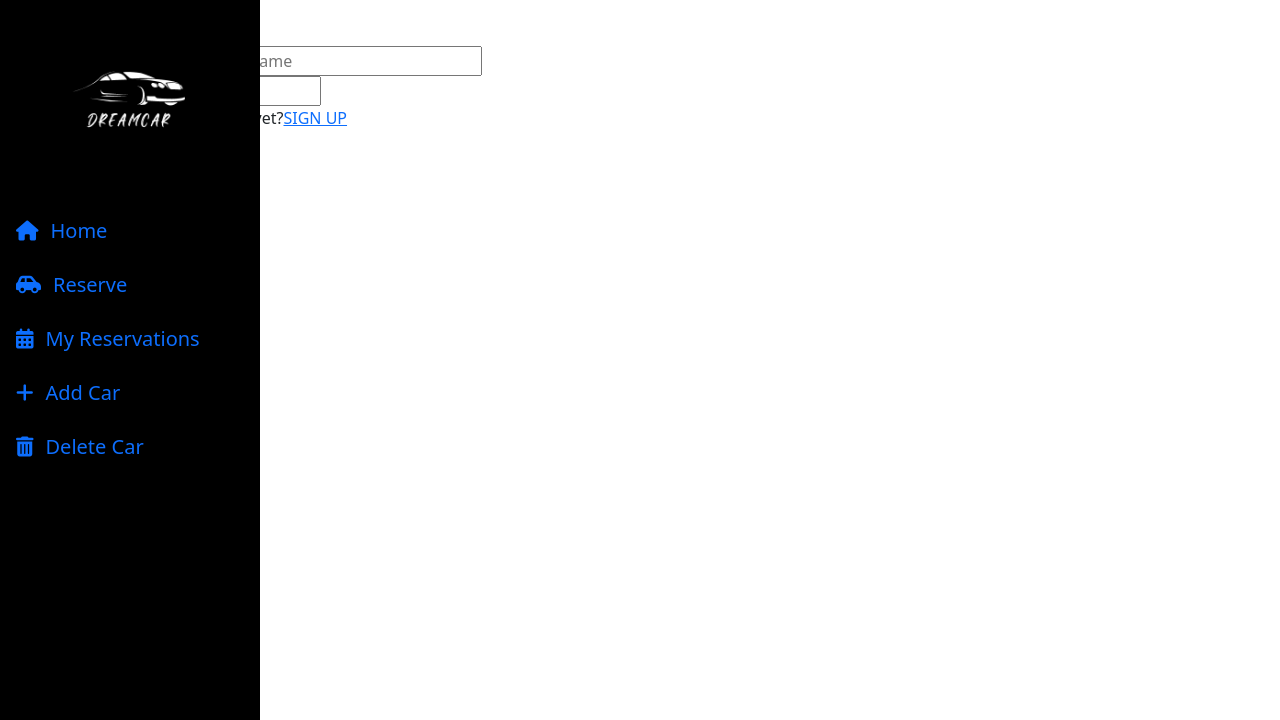
Repository: Arturgouveia1970/car-rental-frontend
Page: /login
These files come from the project's save history. The page is drawn as it stood at one moment and after a run of saves; the edit follows.
The browser window is 1280 px wide. The pictures show the whole page.
Some web libraries are served in a nearby version. The project was rebuilt for these pictures with package versions that can differ from the ones it lists, and the page was loaded fresh each time. Also part of the build but not shown: src/features/cars/carlist/CarCard.module.css, src/features/cars/carlist/CarCard.js, src/features/cars/carlist/Carousel.css, src/features/cars/carlist/Carslist.js, src/features/home/Home.css, src/features/home/Home.js, src/features/cars/cardetails/CarDetails.js, src/features/reservation/myreservations/MyReservations.module.css and 13 more.

Above is the page before, as saved 2023-04-12 22:55:44.

After the next 2 saves:
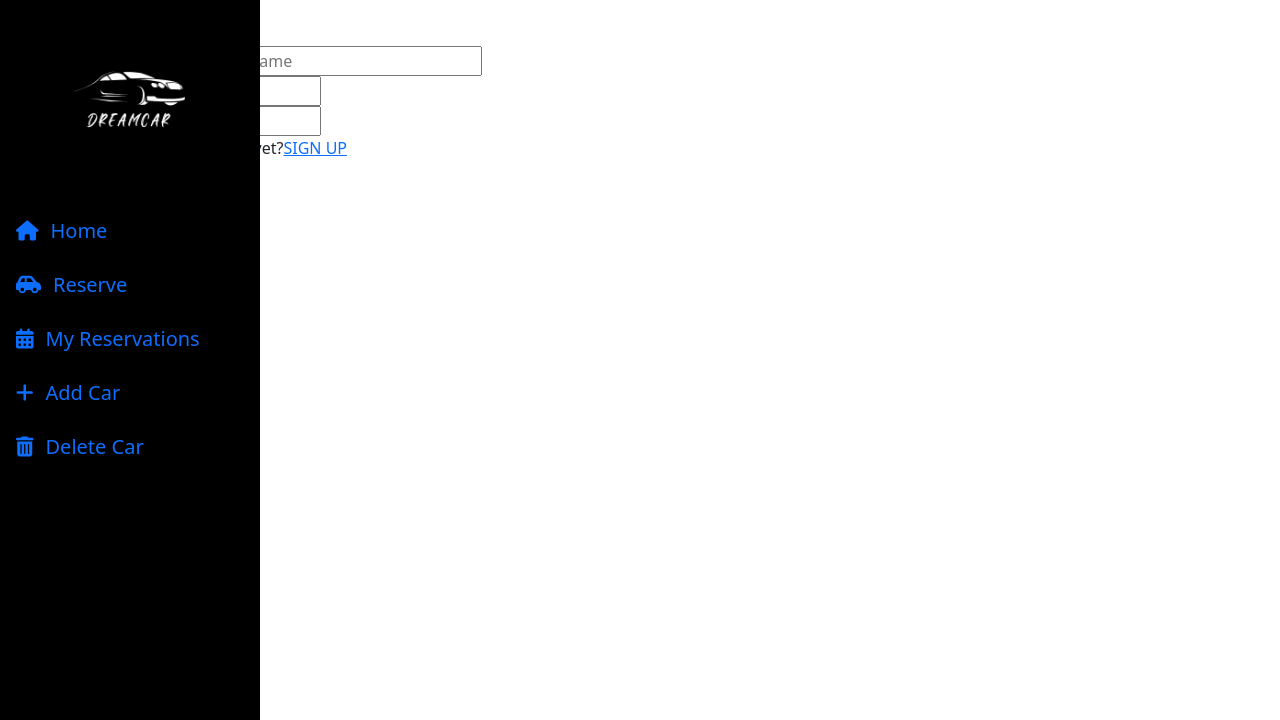
The 2 saves are shown as one change because they came seconds apart.
The last was saved 11 min 25 s later.
--- a/src/features/login/Login.js
+++ b/src/features/login/Login.js
@@ -159,6 +159,17 @@ const LoginScreen = () => {
             required
           />
         </div>
+        <div className="add-padding-below">
+          <input
+            ref={password}
+            type="text"
+            id="password"
+            name="password"
+            className="form-field"
+            placeholder="Password"
+            required
+          />
+        </div>
 
         <p className="signin-message">
           Don&apos;t have an account yet?
